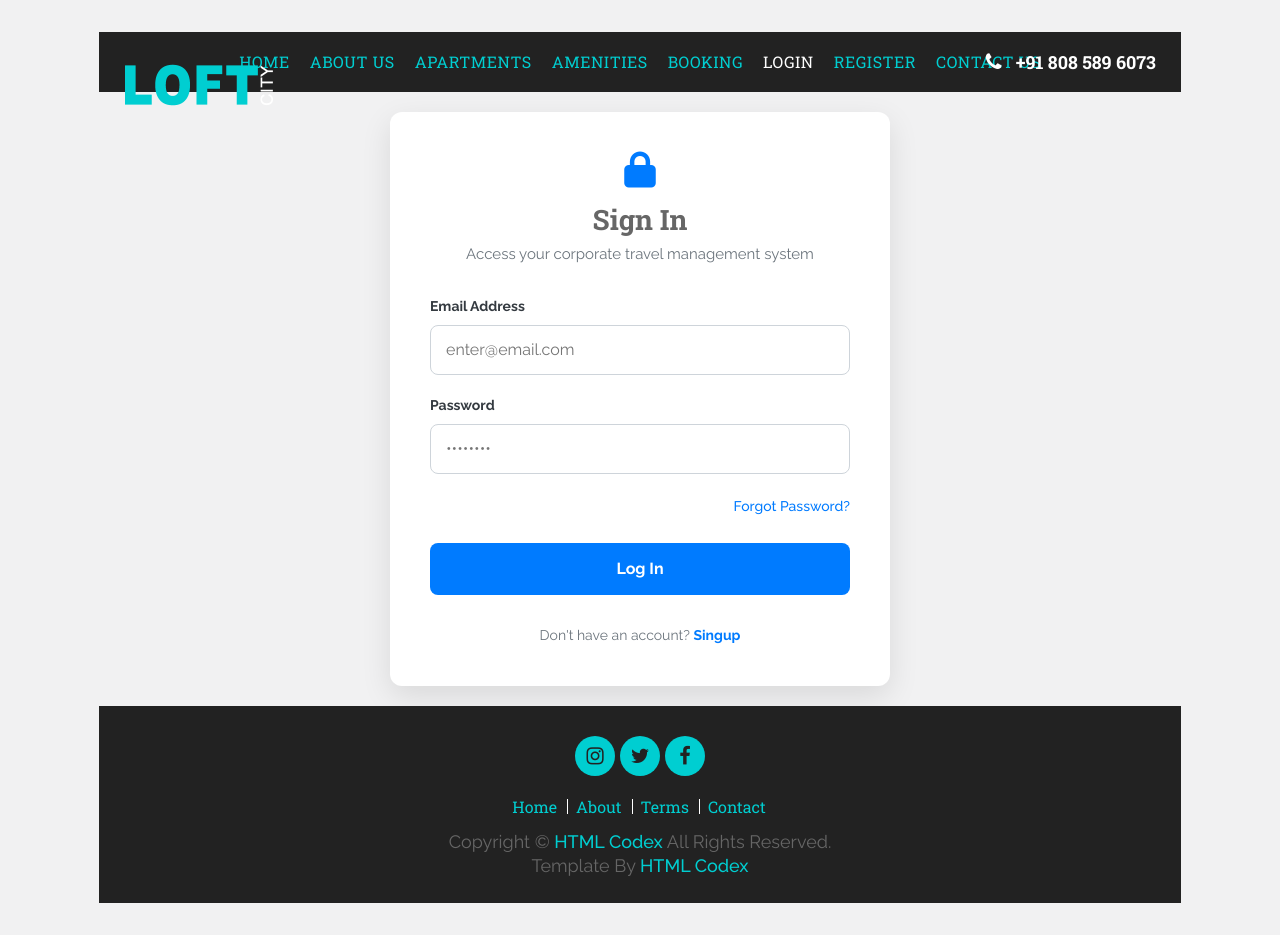
Repository: harshrathore123/ReactPractice
Page: /login (app in RevFullStack/frontend/)
These files come from the project's save history. The page is drawn as it stood at one moment and after the next save; the edit follows.
The browser window is 1280 px wide. The pictures show the whole page.
The project was rebuilt for these pictures with package versions that can differ from the ones it lists, and the page was loaded fresh each time. Also part of the build but not shown: RevFullStack/frontend/vite.config.js, RevFullStack/frontend/src/component/Aminities.jsx, RevFullStack/frontend/src/component/Booking.jsx, RevFullStack/frontend/src/component/CallUs.jsx, RevFullStack/frontend/src/component/Header.jsx, RevFullStack/frontend/src/component/SearchBar.jsx, RevFullStack/frontend/src/component/Room.jsx, RevFullStack/frontend/src/component/Subscribe.jsx and 8 more.

Above is the page before, as saved 2025-10-19 15:02:24.

### RevFullStack/frontend/index.html
<!doctype html>
<html lang="en">
  <head>
    <meta charset="UTF-8" />
    <link rel="icon" type="image/svg+xml" href="/vite.svg" />
    <meta name="viewport" content="width=device-width, initial-scale=1.0" />
    <title>frontend</title>
            <!-- Favicons -->
        <link href="img/favicon.ico" rel="icon">
        <link href="img/apple-favicon.png" rel="apple-touch-icon">
<link href="https://fonts.googleapis.com/css2?family=Roboto:wght@400;700&display=swap" rel="stylesheet">
    <link rel="stylesheet" href="https://cdnjs.cloudflare.com/ajax/libs/font-awesome/6.0.0-beta3/css/all.min.css">
        <!-- Google Fonts -->
        <link href="https://fonts.googleapis.com/css?family=Roboto+Slab:400,700|Raleway:100,200,300,400,500,600,700,800,900" rel="stylesheet">

        <!-- Vendor CSS File -->
        <link href="vendor/bootstrap/css/bootstrap.min.css" rel="stylesheet">
        <link href="vendor/font-awesome/css/font-awesome.min.css" rel="stylesheet">
        <link href="vendor/slick/slick.css" rel="stylesheet">
        <link href="vendor/slick/slick-theme.css" rel="stylesheet">
        <link href="vendor/tempusdominus/css/tempusdominus-bootstrap-4.min.css" rel="stylesheet" />
  </head>
  <body>
    <div id="root"></div>
    <script type="module" src="/src/main.jsx"></script>
  </body>
</html>

### RevFullStack/frontend/src/main.jsx
import { StrictMode } from 'react'
import { createRoot } from 'react-dom/client'
import './index.css'
import {BrowserRouter} from 'react-router-dom';
import App from './App.jsx'

createRoot(document.getElementById('root')).render(
  <BrowserRouter>
    <App />
  </BrowserRouter>,
)

### RevFullStack/frontend/src/App.jsx
import './App.css'
import Home from './component/Home'
import Footer from './component/Footer'
import {Routes,Route} from 'react-router-dom';
import {ToastContainer} from 'react-toastify';
import Navbar from './component/Navbar';
import Aboutus from './page/Aboutus';
import Apartment from './page/Apartment';
import Aminities from './page/Aminities';
import Booking from './page/Bookings';
import Contact from './page/Contact';
import Login from './page/Login';
import Signup from './page/Signup';
function App(){
  return(
    <>
    <ToastContainer position="top-right" reverseOrder={false}/>
    <Navbar/>
    <Routes>
      <Route path='/' element={<Home/>}/>
      <Route path='/aboutus' element={<Aboutus/>}/>
      <Route path='/apartments' element={<Apartment/>}/>
      <Route path='/amenities' element={<Aminities/>}/>
      <Route path='/booking' element={<Booking/>}/>
      <Route path='/contact' element={<Contact/>}/>
      <Route path='/login' element={<Login/>}/>
      <Route path='/register' element={<Signup/>}/>
    </Routes>
    <Footer/>

    </>
  )
}

export default App

### RevFullStack/frontend/src/component/Footer.jsx
import '../../public/css/style.css';
import '../../public/css/hover-style.css';
export default function Footer(){
    return(
        <>
                {/* <!-- Footer Section Start --> */}
        <div id="footer">
            <div className="container">
                <div className="row">
                    <div className="col-12">
                        <div className="social">
                            <a href=""><li className="fa fa-instagram"></li></a>
                            <a href=""><li className="fa fa-twitter"></li></a>
                            <a href=""><li className="fa fa-facebook-f"></li></a>
                        </div>
                    </div>
                    <div className="col-12">
                        <ul>
                            <li><a href="">Home</a></li>
                            <li><a href="">About</a></li>
                            <li><a href="">Terms</a></li>
                            <li><a href="">Contact</a></li>
                        </ul>
                    </div>
                    <div className="col-12">
                        <p>Copyright &#169; <a href="https://htmlcodex.com">HTML Codex</a> All Rights Reserved.</p>
						<p>Template By <a href="https://htmlcodex.com">HTML Codex</a></p>
                    </div>
                </div>
            </div>
        </div>
        {/* <!-- Footer Section End --> */}

        </>
    )
}

### RevFullStack/frontend/src/component/Navbar.jsx
import { useState } from "react";
import "../../public/css/style.css";
import "../../public/css/hover-style.css";
import { NavLink } from "react-router-dom";

export default function Navbar() {
  const [menuOpen, setMenuOpen] = useState(false);

  const activeStyle = {
    color: "white",
  };

  // Toggle menu open/close
  const toggleMenu = () => setMenuOpen(!menuOpen);

  // Close menu when clicking a link
  const handleLinkClick = () => setMenuOpen(false);

  return (
    <header id="header">
      <NavLink to="/" className="logo">
        <img src="img/logo.png" alt="logo" />
      </NavLink>

      <div className="phone">
        <i className="fa fa-phone"></i> +91 808 589 6073
      </div>

      {/* Hamburger icon for mobile */}
      <div className="mobile-menu-btn" onClick={toggleMenu}>
        <i className="fa fa-bars"></i>
      </div>

      {/* Navigation */}
      <nav className={`main-menu top-menu ${menuOpen ? "open" : ""}`}>
        <ul>
          <li>
            <NavLink
              to="/"
              onClick={handleLinkClick}
              style={({ isActive }) => (isActive ? activeStyle : undefined)}
            >
              Home
            </NavLink>
          </li>
          <li>
            <NavLink
              to="/aboutus"
              onClick={handleLinkClick}
              style={({ isActive }) => (isActive ? activeStyle : undefined)}
            >
              About Us
            </NavLink>
          </li>
          <li>
            <NavLink
              to="/apartments"
              onClick={handleLinkClick}
              style={({ isActive }) => (isActive ? activeStyle : undefined)}
            >
              Apartments
            </NavLink>
          </li>
          <li>
            <NavLink
              to="/amenities"
              onClick={handleLinkClick}
              style={({ isActive }) => (isActive ? activeStyle : undefined)}
            >
              Amenities
            </NavLink>
          </li>
          <li>
            <NavLink
              to="/booking"
              onClick={handleLinkClick}
              style={({ isActive }) => (isActive ? activeStyle : undefined)}
            >
              Booking
            </NavLink>
          </li>
          <li>
            <NavLink
              to="/login"
              onClick={handleLinkClick}
              style={({ isActive }) => (isActive ? activeStyle : undefined)}
            >
              Login
            </NavLink>
          </li>
          <li>
            <NavLink
              to="/register"
              onClick={handleLinkClick}
              style={({ isActive }) => (isActive ? activeStyle : undefined)}
            >
              Register
            </NavLink>
          </li>
          <li>
            <NavLink
              to="/contact"
              onClick={handleLinkClick}
              style={({ isActive }) => (isActive ? activeStyle : undefined)}
            >
              Contact Us
            </NavLink>
          </li>
        </ul>
      </nav>
    </header>
  );
}

### RevFullStack/frontend/src/page/Login.jsx
import { NavLink } from 'react-router-dom';
import './Login.css';
import { useState } from 'react';
export default function Login(){
    const [traveluserLogin,setTravelUserLogin] = useState({
        email:"",
        password:""
    })
    return(
        <>
            <div className="login-container">
        <div className="login-card">
            <i className="fas fa-lock login-icon"></i>
            <h2>Sign In</h2>
            <p>Access your corporate travel management system</p>

                <div className="input-group">
                    <label for="email">Email Address</label>
                    <input
                    value={traveluserLogin.email}
                    onChange={(e)=>setTravelUserLogin({...traveluserLogin,email:e.target.value})}
                    type="email" id="email" name="email" placeholder="enter@email.com" required/>
                </div>

                <div className="input-group">
                    <label for="password">Password</label>
                    <input
                    value={traveluserLogin.password}
                    onChange={(e)=>setTravelUserLogin({...traveluserLogin,password:e.target.value})}
                    type="password" id="password" name="password" placeholder="••••••••" required/>
                </div>

                <div className="actions">
                    <a href="#" className="forgot-password">Forgot Password?</a>
                </div>

                <button type="submit" className="login-button">
                    Log In
                </button>

            <div className="signup-link">
                Don't have an account? <NavLink to="/register">Singup</NavLink>
            </div>
        </div>
    </div>
        </>
    )
}

### RevFullStack/frontend/src/page/Login.css

/* CONTAINER & CARD */
.login-container {
    width: 100%;
    margin-top: 20px;
    margin-bottom: 20px;
    display: flex;
    justify-content: center;
    align-items: center;
}

.login-card {
    background: #ffffff;
    padding: 40px;
    border-radius: 12px;
    box-shadow: 0 10px 30px rgba(0, 0, 0, 0.1);
    width: 100%;
    max-width: 400px; /* Max width for a clean form */
    text-align: center;
}

/* HEADER ELEMENTS */
.login-icon {
    font-size: 36px;
    color: #007bff; /* Primary blue color */
    margin-bottom: 15px;
}

.login-card h2 {
    margin-top: 0;
    margin-bottom: 5px;
    font-size: 28px;
    font-weight: 700;
}

.login-card p {
    color: #6c757d;
    margin-bottom: 30px;
    font-size: 15px;
}

/* FORM ELEMENTS */
.input-group {
    margin-bottom: 20px;
    text-align: left;
}

.input-group label {
    display: block;
    margin-bottom: 8px;
    font-weight: 700;
    font-size: 14px;
    color: #343a40;
}

.input-group input {
    width: 100%;
    padding: 12px 15px;
    border: 1px solid #ced4da;
    border-radius: 8px;
    box-sizing: border-box; /* Include padding and border in the element's total width and height */
    transition: border-color 0.3s, box-shadow 0.3s;
}

.input-group input:focus {
    border-color: #007bff;
    box-shadow: 0 0 0 3px rgba(0, 123, 255, 0.25);
    outline: none;
}

/* ACTIONS & BUTTON */
.actions {
    text-align: right;
    margin-bottom: 25px;
}

.forgot-password {
    color: #007bff;
    text-decoration: none;
    font-size: 14px;
    transition: color 0.3s;
}

.forgot-password:hover {
    color: #0056b3;
}

.login-button {
    width: 100%;
    padding: 14px;
    background-color: #007bff;
    color: white;
    border: none;
    border-radius: 8px;
    font-size: 16px;
    font-weight: 700;
    cursor: pointer;
    transition: background-color 0.3s, transform 0.1s;
}

.login-button:hover {
    background-color: #0056b3;
}

.login-button:active {
    transform: scale(0.99);
}

/* FOOTER LINK */
.signup-link {
    margin-top: 30px;
    font-size: 14px;
    color: #6c757d;
}

.signup-link a {
    color: #007bff;
    text-decoration: none;
    font-weight: 700;
}

.signup-link a:hover {
    text-decoration: underline;
}

/* RESPONSIVENESS (for smaller screens) */
@media (max-width: 500px) {
    .login-card {
        margin: 20px;
        padding: 30px 25px;
        box-shadow: 0 5px 15px rgba(0, 0, 0, 0.08);
    }
}

### RevFullStack/frontend/src/page/Signup.css
/* CONTAINER & CARD */
.login-container {
    width: 100%;
    display: flex;
    justify-content: center;
    align-items: center;
}

.login-card {
    background: #ffffff;
    padding: 40px;
    border-radius: 12px;
    box-shadow: 0 10px 30px rgba(0, 0, 0, 0.1);
    width: 100%;
    max-width: 500px; /* Slightly wider card to accommodate side-by-side fields */
    text-align: center;
}

/* HEADER ELEMENTS (Same as before) */
.login-icon {
    font-size: 36px;
    color: #007bff;
    margin-bottom: 15px;
}

.login-card h2 {
    margin-top: 0;
    margin-bottom: 5px;
    font-size: 28px;
    font-weight: 700;
}

.login-card p {
    color: #6c757d;
    margin-bottom: 30px;
    font-size: 15px;
}

/* FORM LAYOUT FOR SIDE-BY-SIDE FIELDS */
.name-group,
.details-group {
    display: flex;
    gap: 20px; /* Spacing between the side-by-side inputs */
    margin-bottom: 20px;
}

.name-group .input-group,
.details-group .input-group {
    flex: 1; /* Makes each input group take up equal space */
    margin-bottom: 0; /* Remove bottom margin here since it's on the container */
}

/* Specific styling for the Age field to make it smaller */
.details-group .input-age {
    flex: 0.4; /* Age field takes less space */
    min-width: 80px;
}
.details-group .input-group:first-child {
    flex: 1; /* City field takes more space */
}

/* FORM ELEMENTS (Standard Inputs) */
.input-group {
    margin-bottom: 20px;
    text-align: left;
}

.input-group label {
    display: block;
    margin-bottom: 8px;
    font-weight: 700;
    font-size: 14px;
    color: #343a40;
}

.input-group input {
    width: 100%;
    padding: 12px 15px;
    border: 1px solid #ced4da;
    border-radius: 8px;
    box-sizing: border-box;
    transition: border-color 0.3s, box-shadow 0.3s;
}

.input-group input:focus {
    border-color: #007bff;
    box-shadow: 0 0 0 3px rgba(0, 123, 255, 0.25);
    outline: none;
}

/* BUTTON STYLES (Same as before) */
.login-button {
    width: 100%;
    padding: 14px;
    background-color: #007bff;
    color: white;
    border: none;
    border-radius: 8px;
    font-size: 16px;
    font-weight: 700;
    cursor: pointer;
    transition: background-color 0.3s, transform 0.1s;
}

.login-button:hover {
    background-color: #0056b3;
}

/* FOOTER LINK (Same as before) */
.signup-link {
    margin-top: 30px;
    font-size: 14px;
    color: #6c757d;
}

.signup-link a {
    color: #007bff;
    text-decoration: none;
    font-weight: 700;
}

/* RESPONSIVENESS (for smaller screens) */
@media (max-width: 550px) {
    .login-card {
        max-width: 90%;
        margin: 20px auto;
        padding: 30px 25px;
    }
    /* Stack inputs on small screens for better usability */
    .name-group,
    .details-group {
        flex-direction: column;
        gap: 0;
    }
    .name-group .input-group,
    .details-group .input-group {
        flex: auto; /* Allow fields to take full width */
    }
}

Loaded but not shown: RevFullStack/frontend/src/index.css (common file); RevFullStack/frontend/src/App.css (common file); RevFullStack/frontend/public/vendor/bootstrap/css/bootstrap.min.css (library); RevFullStack/frontend/public/vendor/font-awesome/css/font-awesome.min.css (library); RevFullStack/frontend/public/vendor/slick/slick.css (common file); RevFullStack/frontend/public/vendor/slick/slick-theme.css (library); RevFullStack/frontend/public/vendor/tempusdominus/css/tempusdominus-bootstrap-4.min.css (library); RevFullStack/frontend/public/css/hover-style.css (460 lines, source omitted); RevFullStack/frontend/public/css/style.css (1469 lines, source omitted)

After the next save:
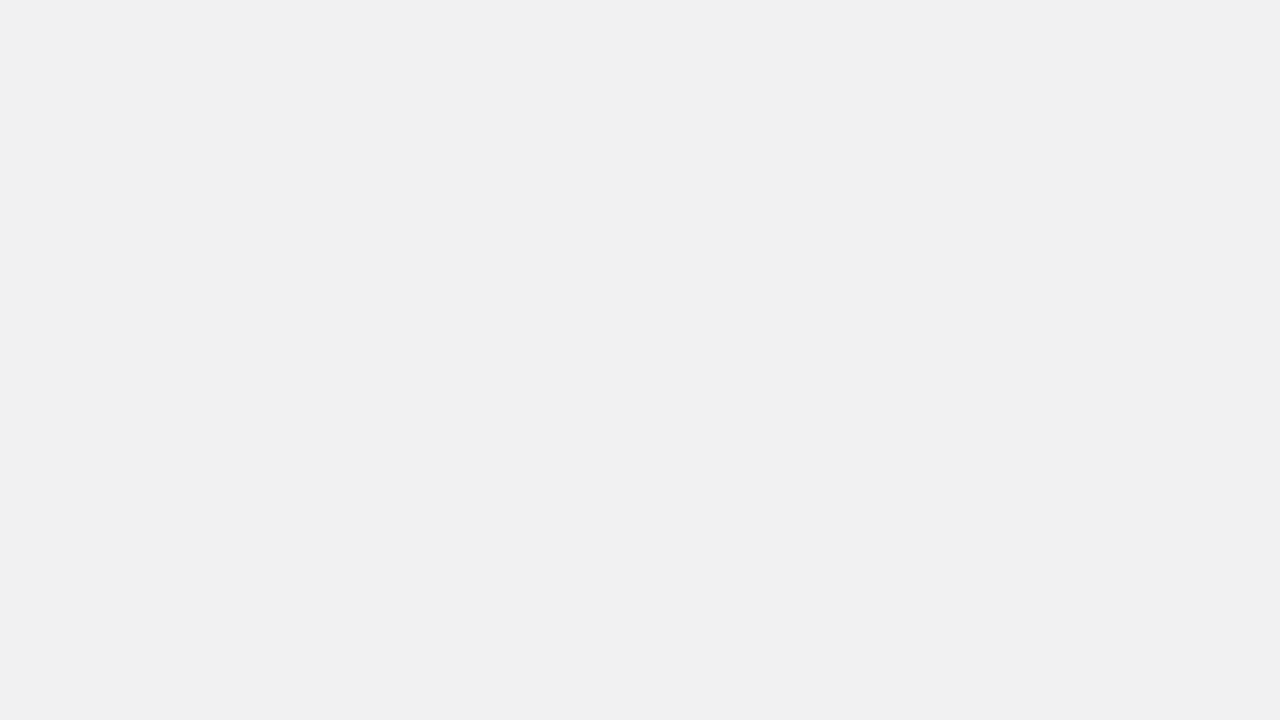
Console error: ReferenceError: traveluserLoggedIn is not defined
Saved 23 s later.
--- a/RevFullStack/frontend/src/page/Login.jsx
+++ b/RevFullStack/frontend/src/page/Login.jsx
@@ -34,7 +34,7 @@ export default function Login(){
                     <a href="#" className="forgot-password">Forgot Password?</a>
                 </div>
 
-                <button type="submit" className="login-button">
+                <button onClick={traveluserLoggedIn} type="submit" className="login-button">
                     Log In
                 </button>
 

After the save that followed:
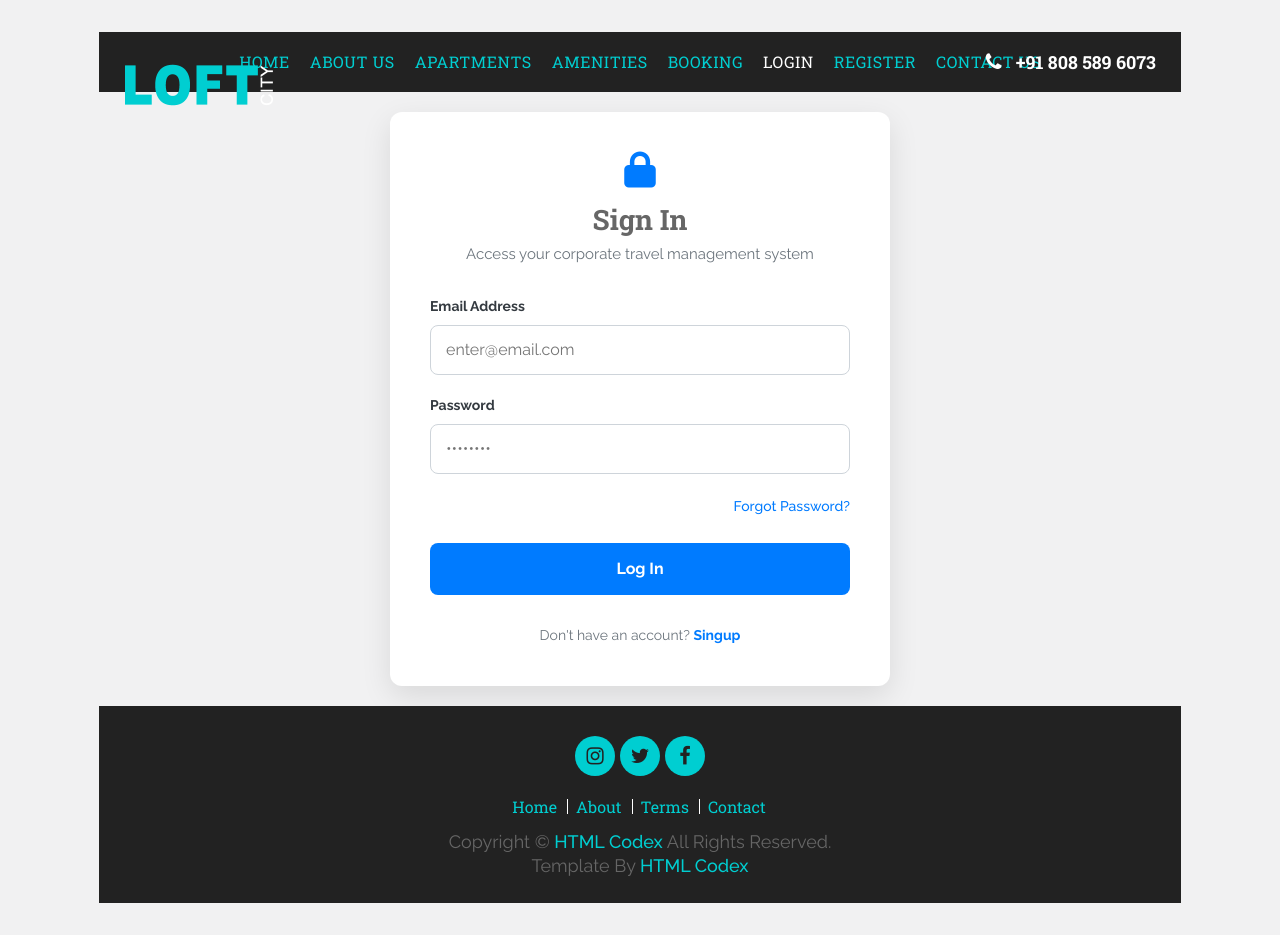
The error is gone.
Saved 22 s later.
--- a/RevFullStack/frontend/src/page/Login.jsx
+++ b/RevFullStack/frontend/src/page/Login.jsx
@@ -6,6 +6,10 @@ export default function Login(){
         email:"",
         password:""
     })
+
+    const traveluserLoggedIn = () =>{
+
+    }
     return(
         <>
             <div className="login-container">
